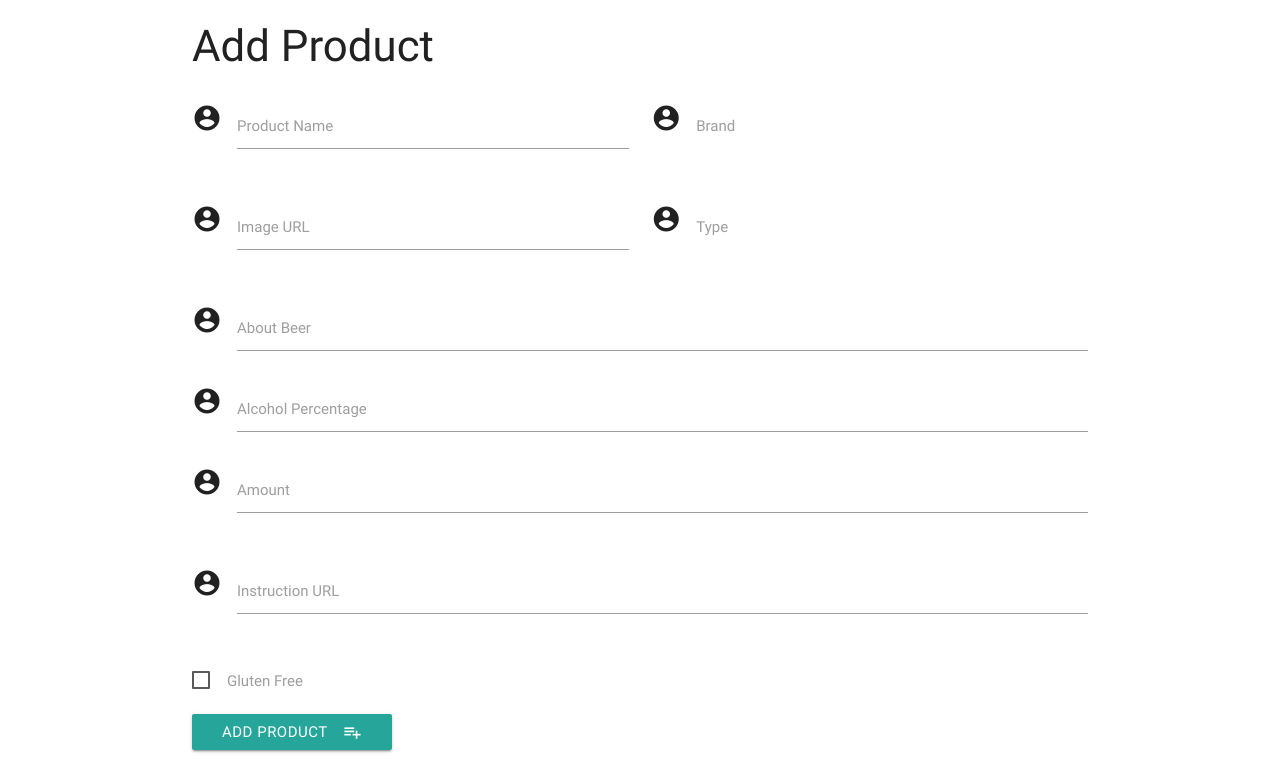
Repository: Leon2ev/lazy-brew
Page: http://localhost/add_product
The author's editor kept a record of every edit. The page is drawn from the files as they stood at one moment, then again after the next edit.
The browser window is 1280 px wide. The pictures show the whole page.
Some web libraries are served in a nearby version. The page is served by the project's application, run on Flask 3 (app.py). Queries for data that is not in the repository find no rows.

Above is the page before.

After the next edit:
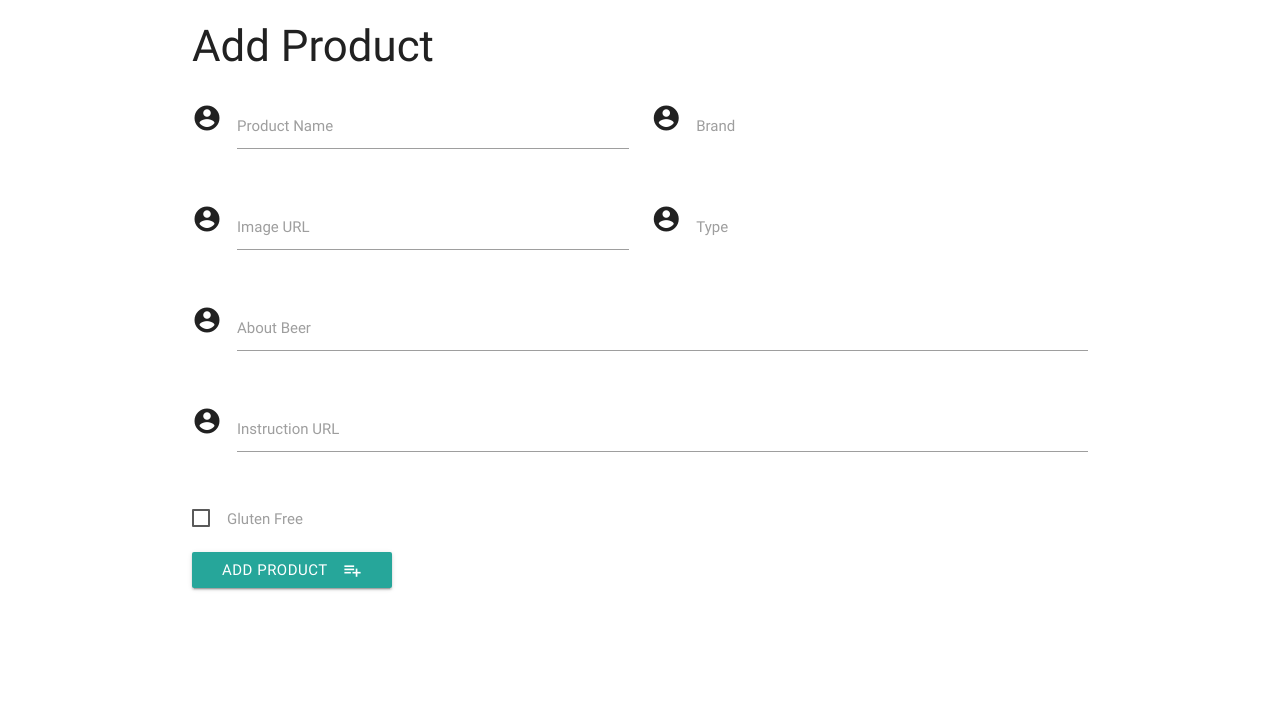
The edit:
--- a/templates/addproduct.html
+++ b/templates/addproduct.html
@@ -44,16 +44,6 @@
                             <input id="about" name="about" type="text" class="validate">
                             <label for="icon_prefix">About Beer</label>
                         </div>
-                        <div class="input-field col s12">
-                            <i class="material-icons prefix">account_circle</i>
-                            <input id="abv" name="abv" type="text" class="validate">
-                            <label for="icon_prefix">Alcohol Percentage</label>
-                        </div>
-                        <div class="input-field col s12">
-                            <i class="material-icons prefix">account_circle</i>
-                            <input id="amount" name="amount" type="text" class="validate">
-                            <label for="icon_prefix">Amount</label>
-                        </div>
                     </div>
                     <div class="row">
                         <div class="input-field col s12">
